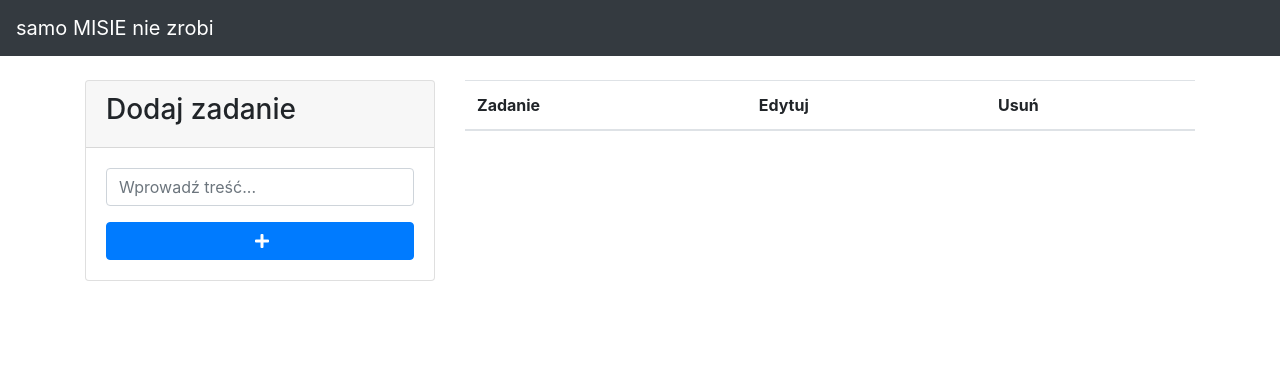
Repository: pcharazinski/JS_EXPRESS---samoMISIEniezrobi
Page: http://localhost/
The author's editor kept a copy of each file at every save. The page is drawn from the files as they stood at one save, then again after the next save.
The browser window is 1280 px wide. The pictures show the whole page.
Some web libraries are served in a nearby version. The page is served by the project's Node server (app.js). Queries for data that is not in the repository find no rows.

Above is the page before, as saved 2018-12-16 15:32:03.

After the next save:
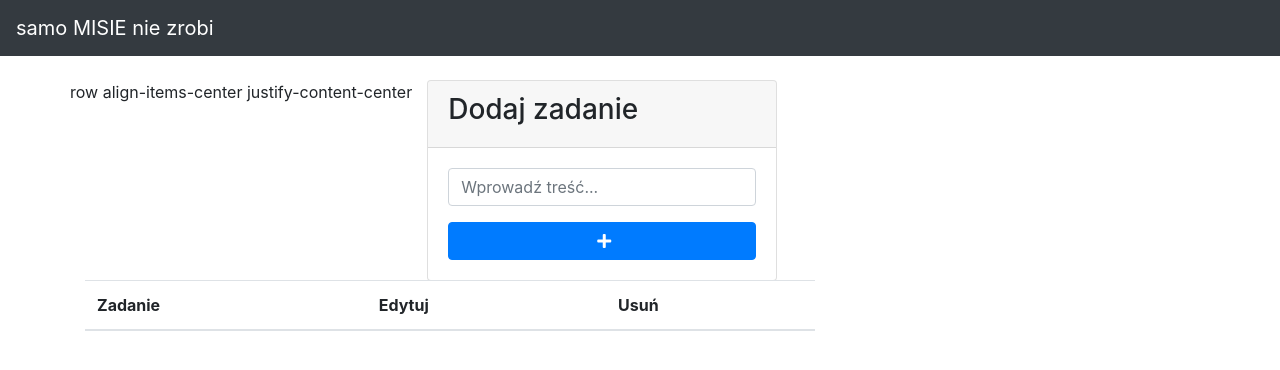
Saved 7 s later.
--- a/views/index.pug
+++ b/views/index.pug
@@ -3,7 +3,7 @@
 extends layout
 
 block content
-    .row
+    .row row align-items-center justify-content-center
         .col-md-4
             .card
                 .card-header
